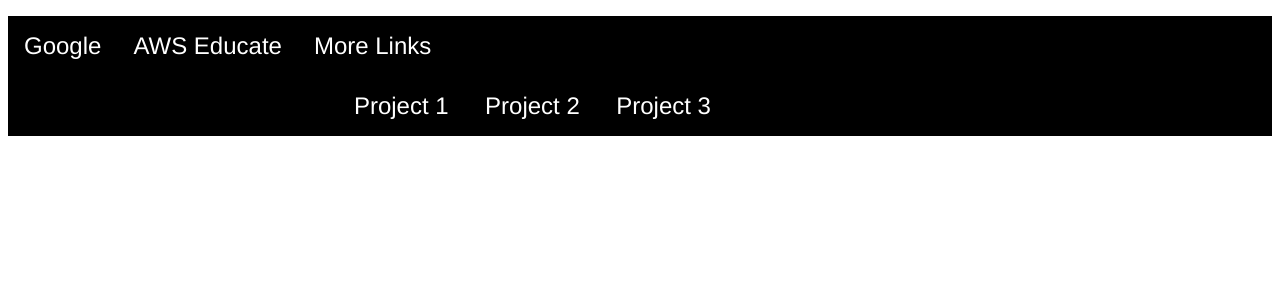
Repository: TangDylan/TangDylan.github.io
Page: index.html
The author's editor kept a record of every edit. The page is drawn from the files as they stood at one moment, then again after the next edit.
The browser window is 1280 px wide. The pictures show the whole page.

Above is the page before.

### index.html
<!DOCTYPE html>
<html>
    <head>

        <title>Home</title>

        <style>

          * {
            font-family:helvetica;
          }

          .navbar {
            list-style:none;
            background-color:black;
            overflow:hidden;
            padding:0;

          }

          .navbar a, .dropdown div {
            text-decoration:none;
            color:white;
            font-size:24px;
            padding: 16px;
            display:inline-block
          }

          .navbar li {
            float:left;
          }

          .navbar li:hover {
          background-color:lightblue
          }

          .dropdown {
           ;
          }

          .dropdown-content {
            list-style:none; padding:none;
          }

          .dropdown-content li{
            float:none;
          }

        </style>
    </head>

    <body>

      <ul class="navbar">
        <li><a href="https://www.google.com">Google</a></li>
        <li><a href="https://www.awseducate.com">AWS Educate</a></li>
        <li class="dropdown">
          <div>More Links</div>
          <ul class="dropdown-content">
            <a href="#">Project 1</a>
            <a href="#">Project 2</a>
            <a href="#">Project 3</a>

          </ul>

        </li>

      </ul>

    </body>

</html>

After the next edit:
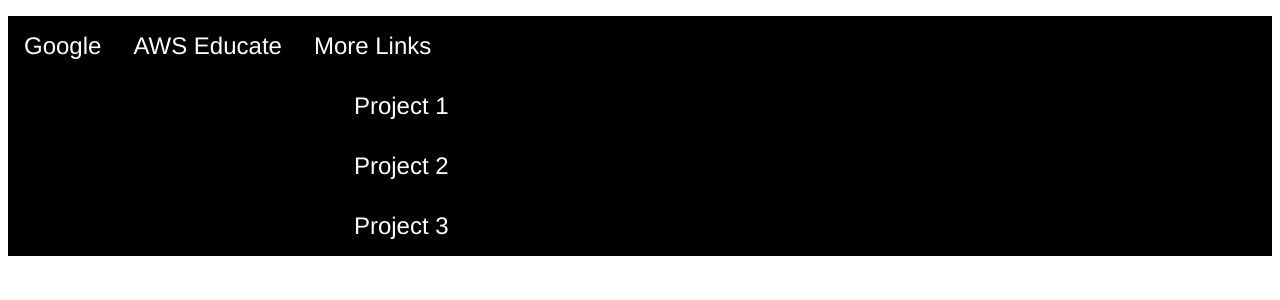
The edit:
--- a/index.html
+++ b/index.html
@@ -57,9 +57,9 @@
         <li class="dropdown">
           <div>More Links</div>
           <ul class="dropdown-content">
-            <a href="#">Project 1</a>
-            <a href="#">Project 2</a>
-            <a href="#">Project 3</a>
+            <li><a href="#">Project 1</a>
+            <li><a href="#">Project 2</a>
+            <li><a href="#">Project 3</a>
 
           </ul>
 
